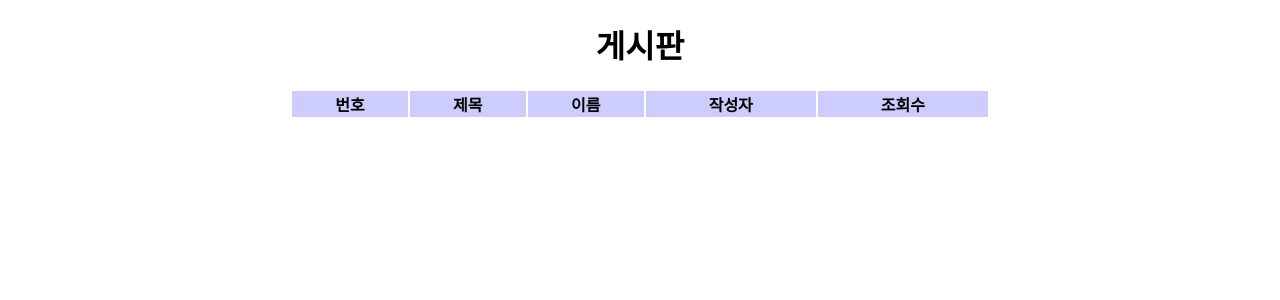
Repository: Rummikub/DBStudy
Page: HTML Project3/WebContent/html/list.html
These files come from the project's save history. The page is drawn as it stood at one moment and after the next save; the edit follows.
The browser window is 1280 px wide. The pictures show the whole page.

Above is the page before, as saved 2020-02-05 06:32:44.

### HTML Project3/WebContent/html/list.html
<!DOCTYPE html>
<html>
<head>
<meta charset="UTF-8">
<title>Insert title here</title>
</head>
<body>
	<center>
	 <h1>게시판</h1>
	 <table border=0 width=700>
	  <tr bgcolor="#ccccff">
	   <th>번호</th>
	   <th>제목</th>
	   <th>이름</th>
	   <th>작성자</th>
	   <th>조회수</th>
	 </table>
	</center>
</body>
</html>

After the next save:
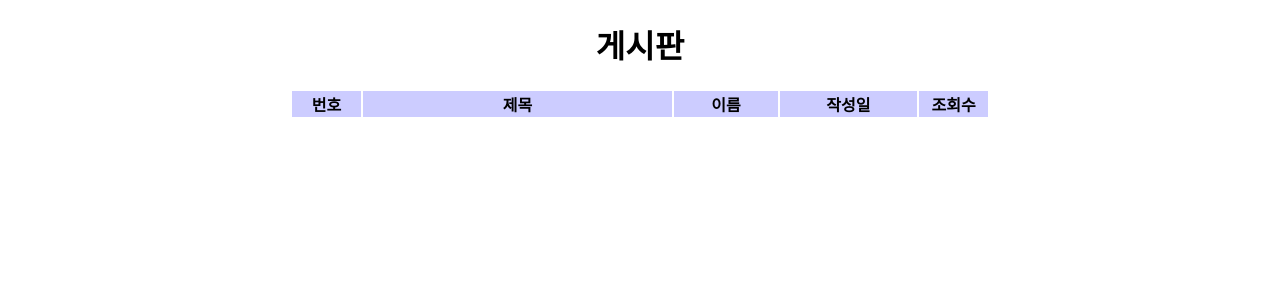
Saved 76 s later.
--- a/HTML Project3/WebContent/html/list.html
+++ b/HTML Project3/WebContent/html/list.html
@@ -9,11 +9,11 @@
 	 <h1>게시판</h1>
 	 <table border=0 width=700>
 	  <tr bgcolor="#ccccff">
-	   <th>번호</th>
-	   <th>제목</th>
-	   <th>이름</th>
-	   <th>작성자</th>
-	   <th>조회수</th>
+	   <th width=10%>번호</th>
+	   <th width=45%>제목</th>
+	   <th width=15%>이름</th>
+	   <th width=20%>작성일</th>
+	   <th width=10%>조회수</th>
 	 </table>
 	</center>
 </body>
